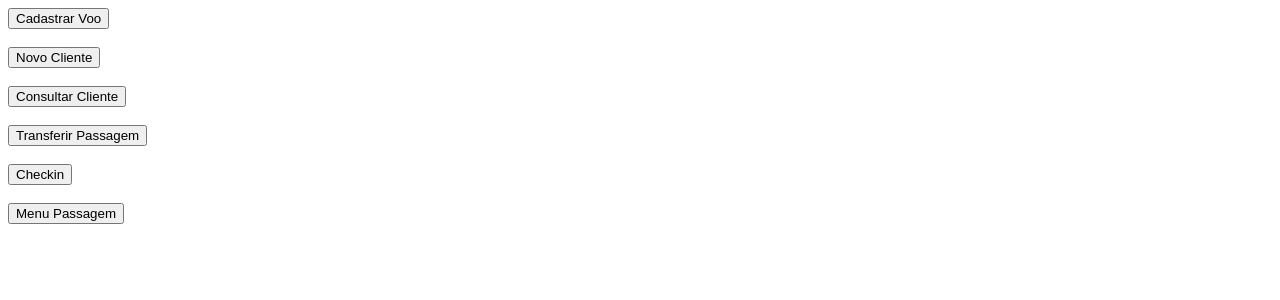
Repository: leal554/ProjetoVendaPassagemAereaWEB
Page: http://localhost/ProjetoVendaPassagemAereaWEB/MenuPassagem.jsp
The author's editor kept a copy of each file at every save. The page is drawn from the files as they stood at one save, then again after the next save.
The browser window is 1280 px wide. The pictures show the whole page.
The page is served by Tomcat 9. Other server files are loaded and not shown.

Above is the page before, as saved 2015-10-15 23:18:37.

### ProjetoVendaPassagemAereaWEB/WebContent/MenuPassagem.jsp
<%@ page language="java" contentType="text/html; charset=ISO-8859-1"
    pageEncoding="ISO-8859-1"%>
<!DOCTYPE html PUBLIC "-//W3C//DTD HTML 4.01 Transitional//EN" "http://www.w3.org/TR/html4/loose.dtd">
<html>
<head>
<meta http-equiv="Content-Type" content="text/html; charset=ISO-8859-1">
<title>Insert title here</title>
</head>
<body>
	<div>
		<button onclick="window.location.href='./ComprarPassagem.jsp'">Cadastrar Voo</button>
	</div>
	<br>
	<div>
		<button onclick="window.location.href='./NovoCliente.jsp'">Novo Cliente</button>
	</div>
	<br>
	<div>
		<button onclick="window.location.href='./ConsultarCliente.jsp'">Consultar Cliente</button>
	</div>
	<br>
	<div>
		<button onclick="window.location.href='./TransferirPassagem.jsp'">Transferir Passagem</button>
	</div>
	<br>
	<div>
		<button onclick="window.location.href='./Checkin.jsp'">Checkin</button>
	</div>
	<br>
	<div>
		<button onclick="window.location.href='./MenuPassagem.jsp'">Menu Passagem</button>
	</div>

</body>
</html>

After the next save:
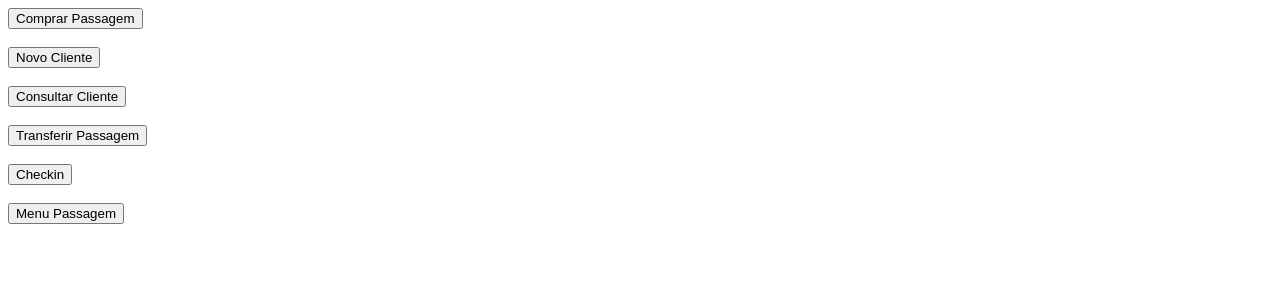
Saved 11 s later.
--- a/ProjetoVendaPassagemAereaWEB/WebContent/MenuPassagem.jsp
+++ b/ProjetoVendaPassagemAereaWEB/WebContent/MenuPassagem.jsp
@@ -8,7 +8,7 @@
 </head>
 <body>
 	<div>
-		<button onclick="window.location.href='./ComprarPassagem.jsp'">Cadastrar Voo</button>
+		<button onclick="window.location.href='./ComprarPassagem.jsp'">Comprar Passagem</button>
 	</div>
 	<br>
 	<div>
